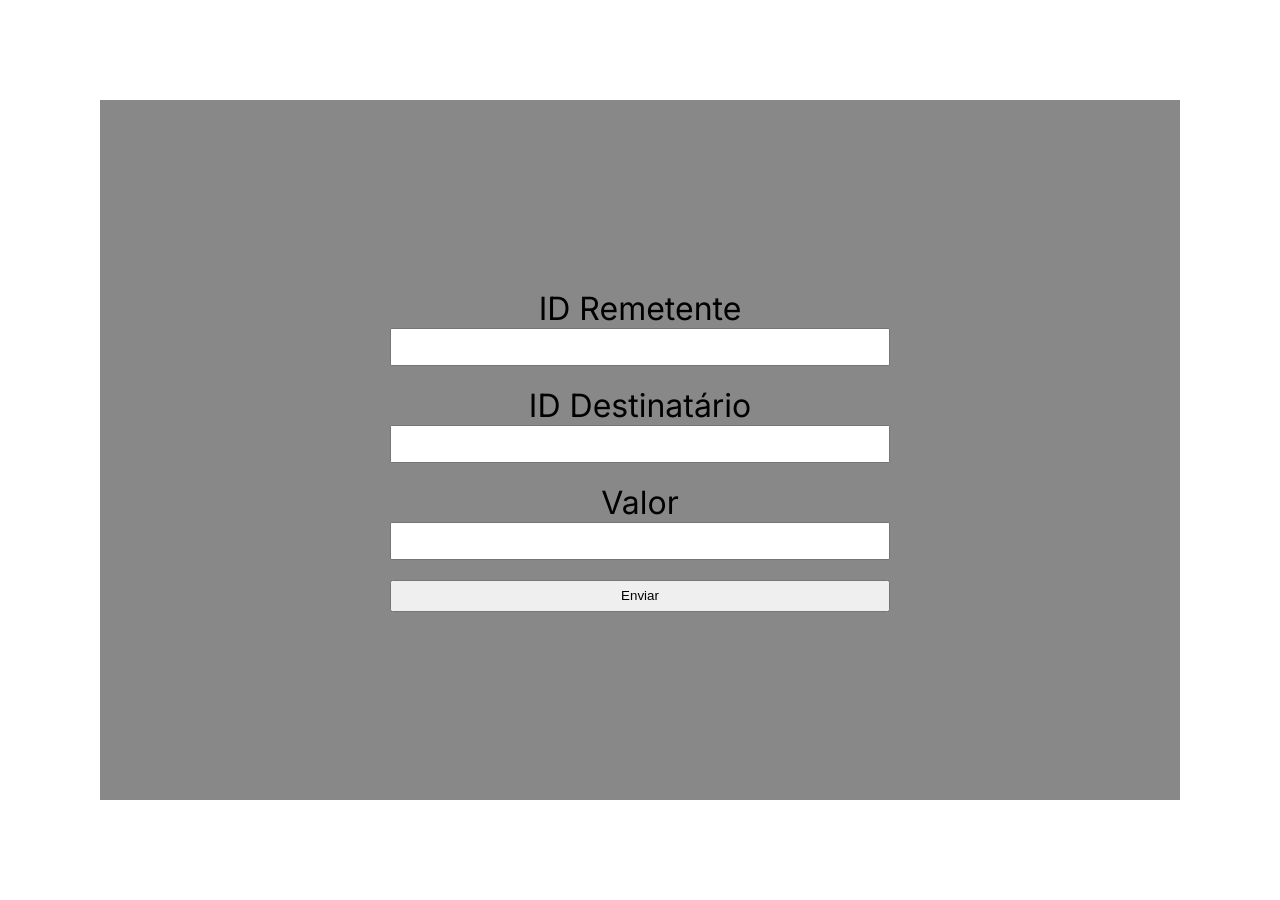
Repository: mateusilva8/tarefa-pix
Page: frontend/pix.html
An editor plug-in stored every save of this project. The page is shown before and after the next save, followed by the edit.
The browser window is 1280 px wide. The pictures show the whole page.

Above is the page before, as saved 2023-10-22 14:11:27.

After the next save:
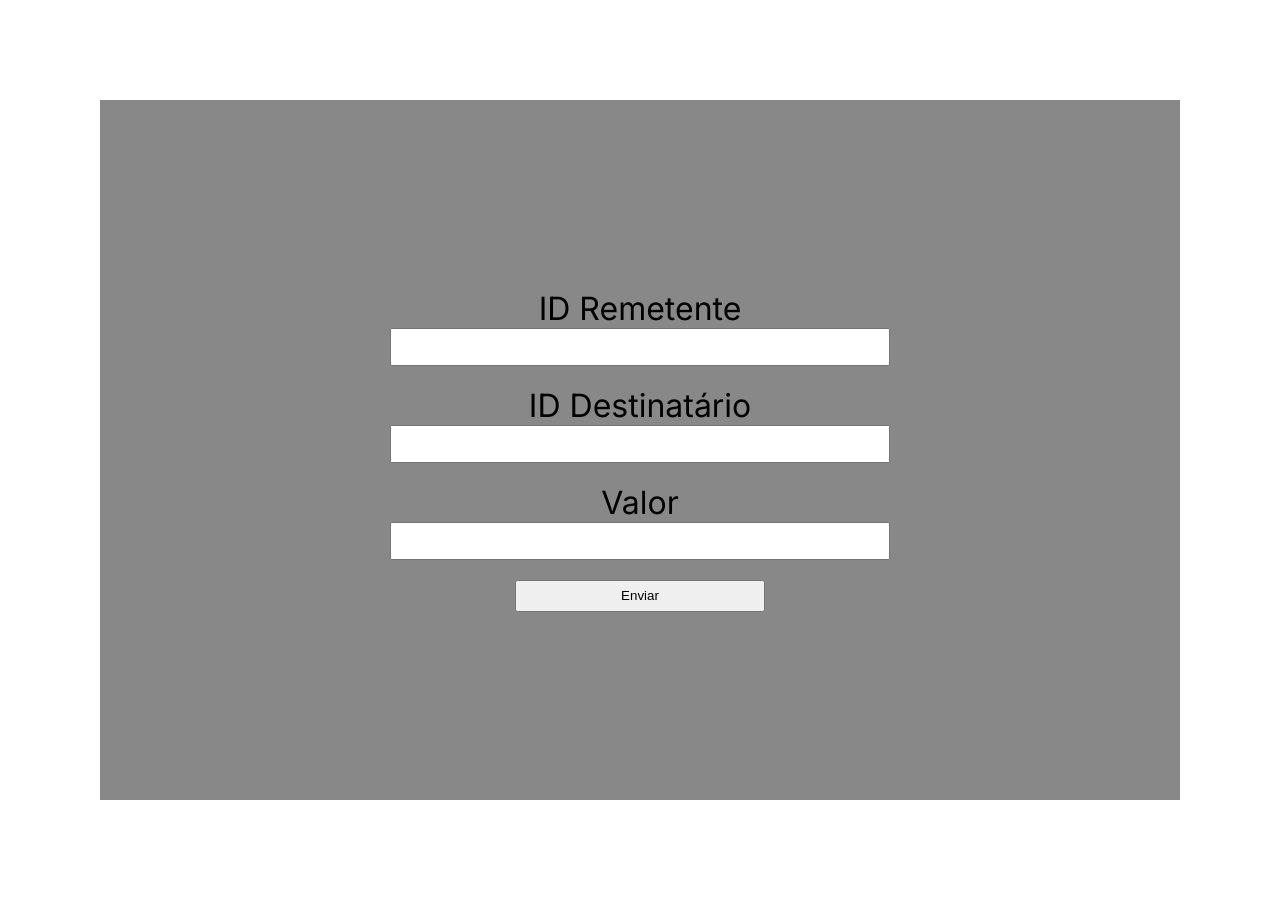
Saved 17 s later.
--- a/frontend/css/pix.css
+++ b/frontend/css/pix.css
@@ -42,6 +42,6 @@ input {
 }
 
 .btn {
-    width: 500px;
+    width: 250px;
     height: 2rem;
 }
